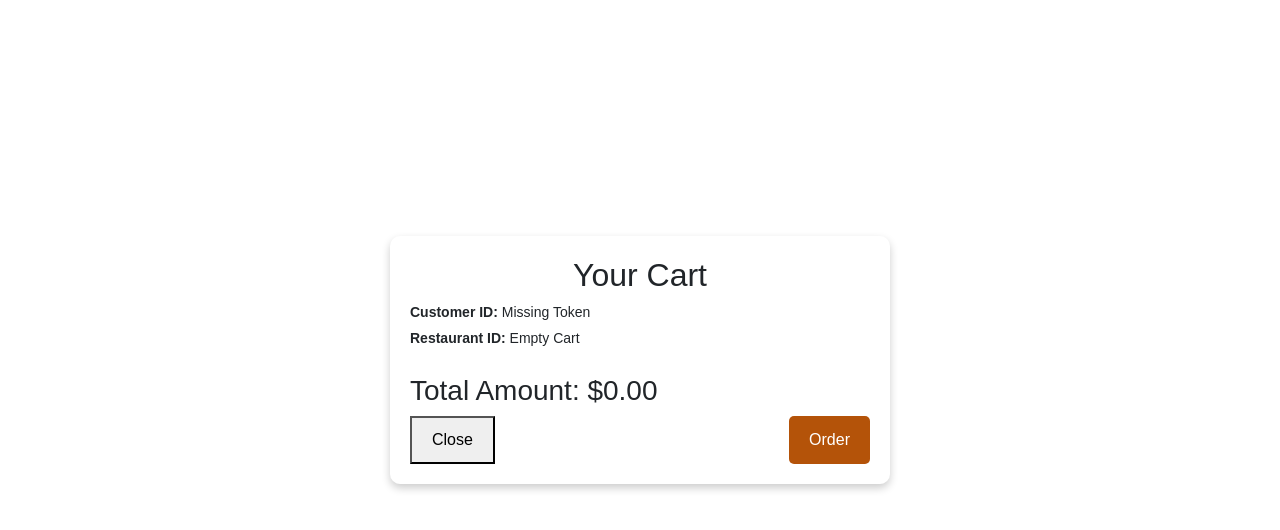
Repository: chelseajaculina/lab2-uber-eats
Page: /cart (app in frontend/)
An editor plug-in stored every save of this project. The page is shown before and after the next save, followed by the edit.
The browser window is 1280 px wide. The pictures show the whole page.
The project was rebuilt for these pictures with package versions that can differ from the ones it lists, and the page was loaded fresh each time. Also part of the build but not shown: frontend/src/components/Home.css, frontend/src/components/Logout.css, frontend/src/components/Logout.js, frontend/src/components/NavBarHome.js, frontend/src/components/Home.js, frontend/src/components/CustomerSignUp.js, frontend/src/components/RestaurantSignUp.js, frontend/src/components/SignUp.js and 27 more.

Above is the page before, as saved 2024-11-23 01:17:42.

After the next save:
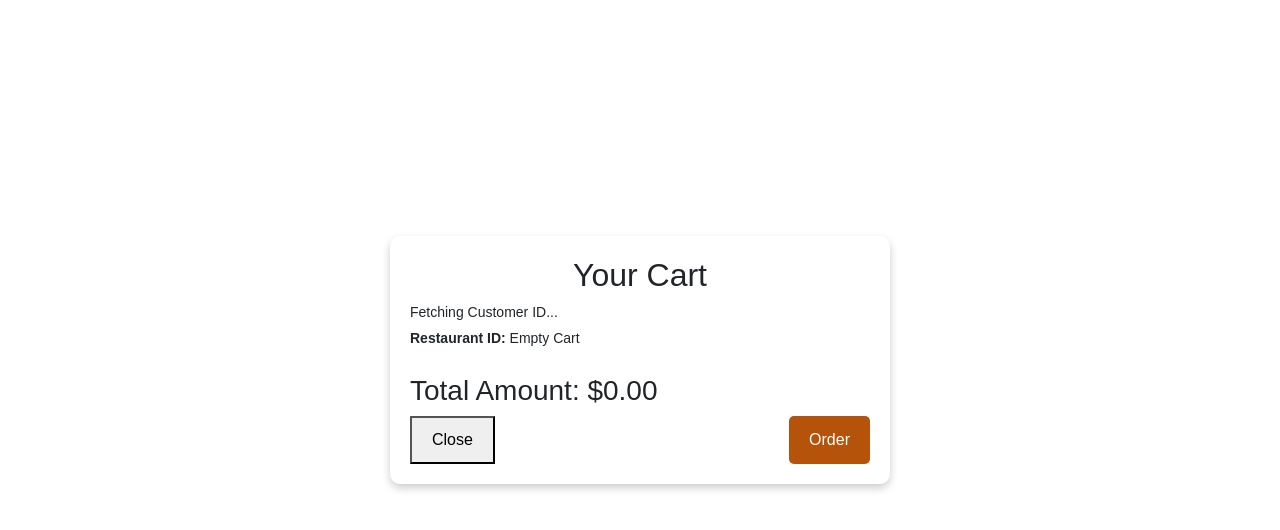
Saved 13 s later.
--- a/frontend/src/components/CartModal.js
+++ b/frontend/src/components/CartModal.js
@@ -11,33 +11,7 @@
   const [restaurantId, setRestaurantId] = useState(null);
 
   // Fetch customer ID from the backend
-  useEffect(() => {
-    const fetchCustomerId = async () => {
-      const token = localStorage.getItem('access_token');
-      if (!token) {
-        console.warn('Access token not found.');
-        setCustomerId('Missing Token');
-        return;
-      }
 
-      try {
-        const response = await axios.get('http://localhost:8000/api/customers/user-profile/', {
-          headers: {
-            Authorization: `Bearer ${token}`,
-          },
-        });
-
-        const userId = response.data.id; // Assuming the response has `id` field for customer ID
-        console.log('Customer ID retrieved from backend:', userId);
-        setCustomerId(userId);
-      } catch (error) {
-        console.error('Error fetching customer ID:', error.response?.data || error.message);
-        setCustomerId('Error Fetching Customer ID');
-      }
-    };
-
-    fetchCustomerId();
-  }, []);
 
   // Extract the restaurant ID from the cart
   useEffect(() => {

After the save that followed:
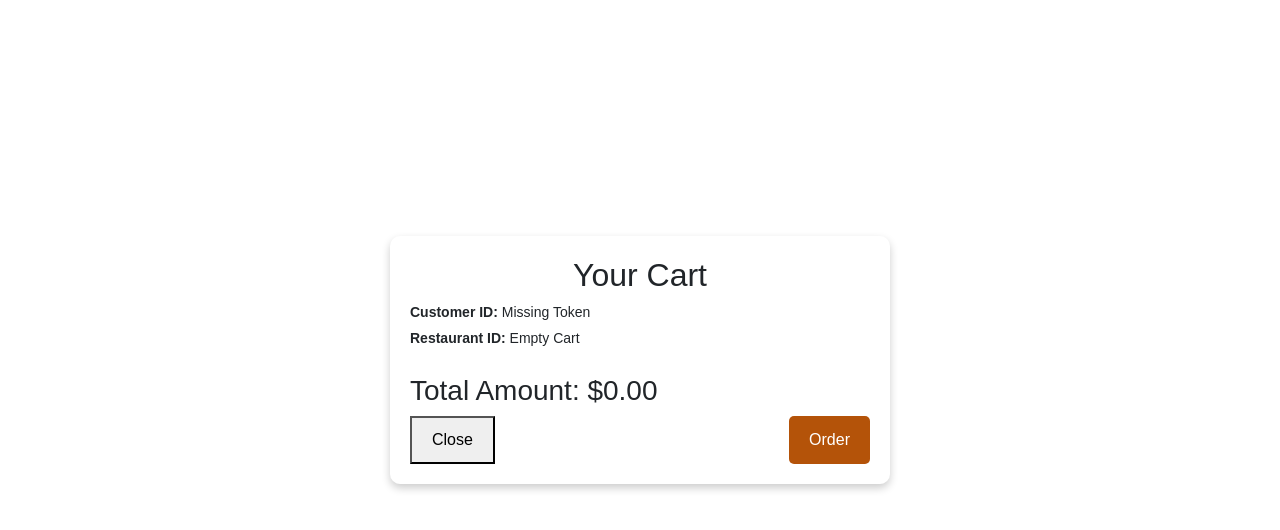
Saved 46 s later.
--- a/frontend/src/components/CartModal.js
+++ b/frontend/src/components/CartModal.js
@@ -11,7 +11,33 @@
   const [restaurantId, setRestaurantId] = useState(null);
 
   // Fetch customer ID from the backend
+  useEffect(() => {
+    const fetchCustomerId = async () => {
+      const token = localStorage.getItem('access_token');
+      if (!token) {
+        console.warn('Access token not found.');
+        setCustomerId('Missing Token');
+        return;
+      }
 
+      try {
+        const response = await axios.get('/api/customers/user-profile/', {
+          headers: {
+            Authorization: `Bearer ${token}`,
+          },
+        });
+
+        const userId = response.data.id; // Assuming the response has `id` field for customer ID
+        console.log('Customer ID retrieved from backend:', userId);
+        setCustomerId(userId);
+      } catch (error) {
+        console.error('Error fetching customer ID:', error.response?.data || error.message);
+        setCustomerId('Error Fetching Customer ID');
+      }
+    };
+
+    fetchCustomerId();
+  }, []);
 
   // Extract the restaurant ID from the cart
   useEffect(() => {
